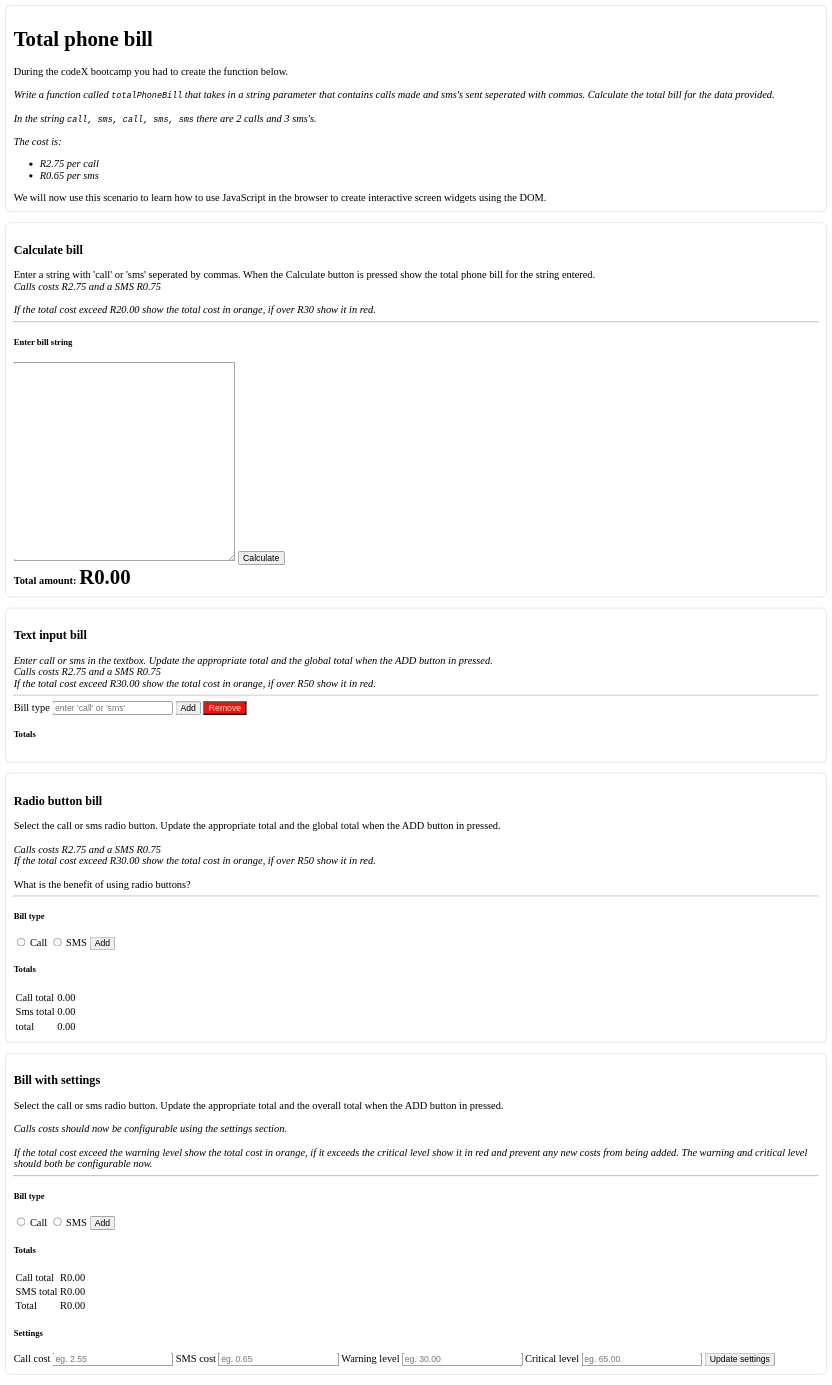
Repository: lasity34/Phone-bill
Page: index.html
The author's editor kept a copy of each file at every save. The page is drawn from the files as they stood at one save, then again after the next save.
The browser window is 1280 px wide. The pictures show the whole page, at 65% of full size.
Some web libraries are served in a nearby version.

Above is the page before, as saved 2023-05-06 15:43:47.
Not found: css/skeleton.css

After the next save:
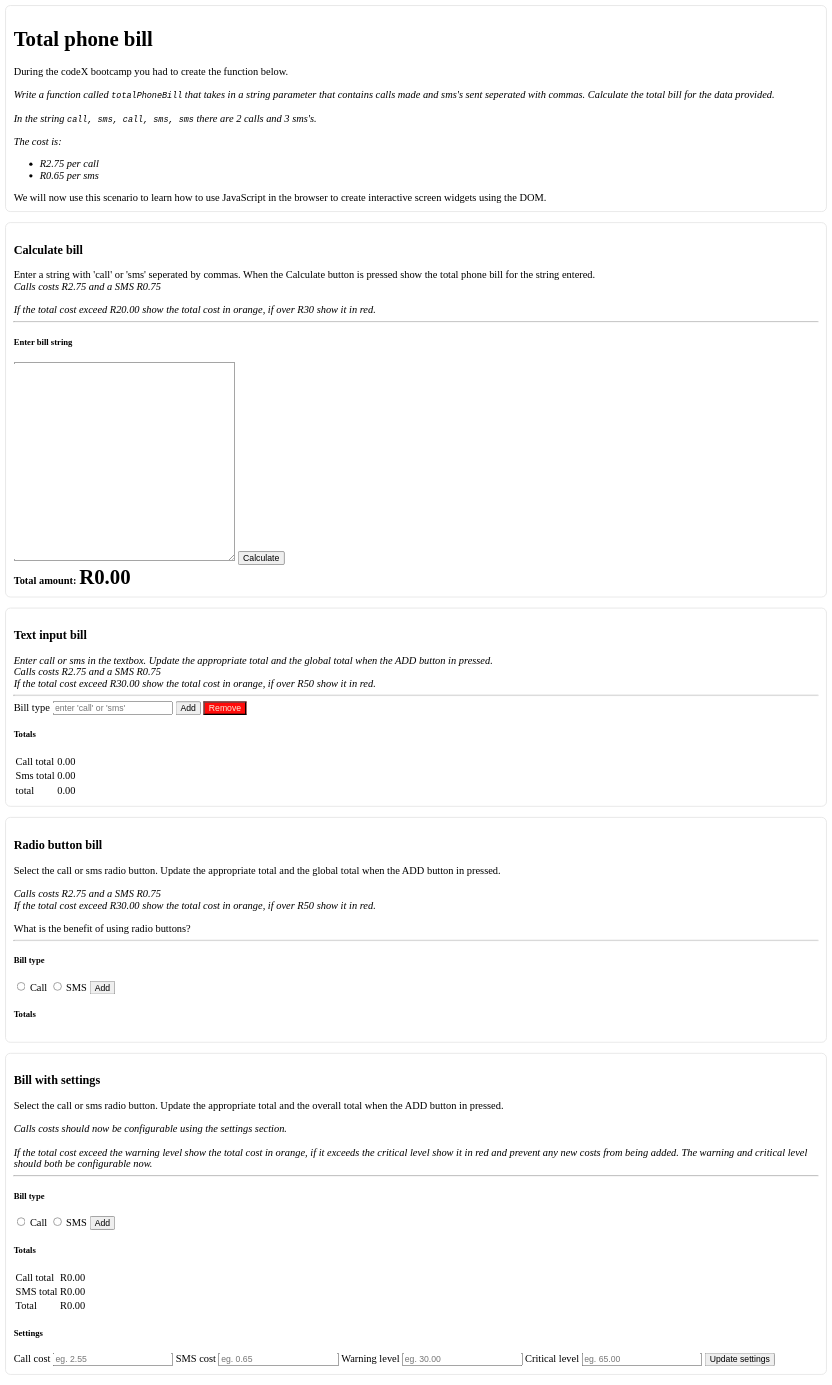
Saved 31 s later.
--- a/js/radio-bill.js
+++ b/js/radio-bill.js
@@ -52,9 +52,9 @@
 }
 
 function updateTemplate() {
-  const templateSource = document.querySelector("#radioTemplate").innerHTML;
+  const templateSource = document.querySelector("#billTemplate").innerHTML;
   const userTemplate = Handlebars.compile(templateSource);
-  const radioCostDataElem = document.querySelector(".radioTotals");
+  const radioCostDataElem = document.querySelector(".textTotals");
   const costData = {
     differentCosts: [
       { name: "Call", total: callTotalRadio.toFixed(2) },

After the save that followed:
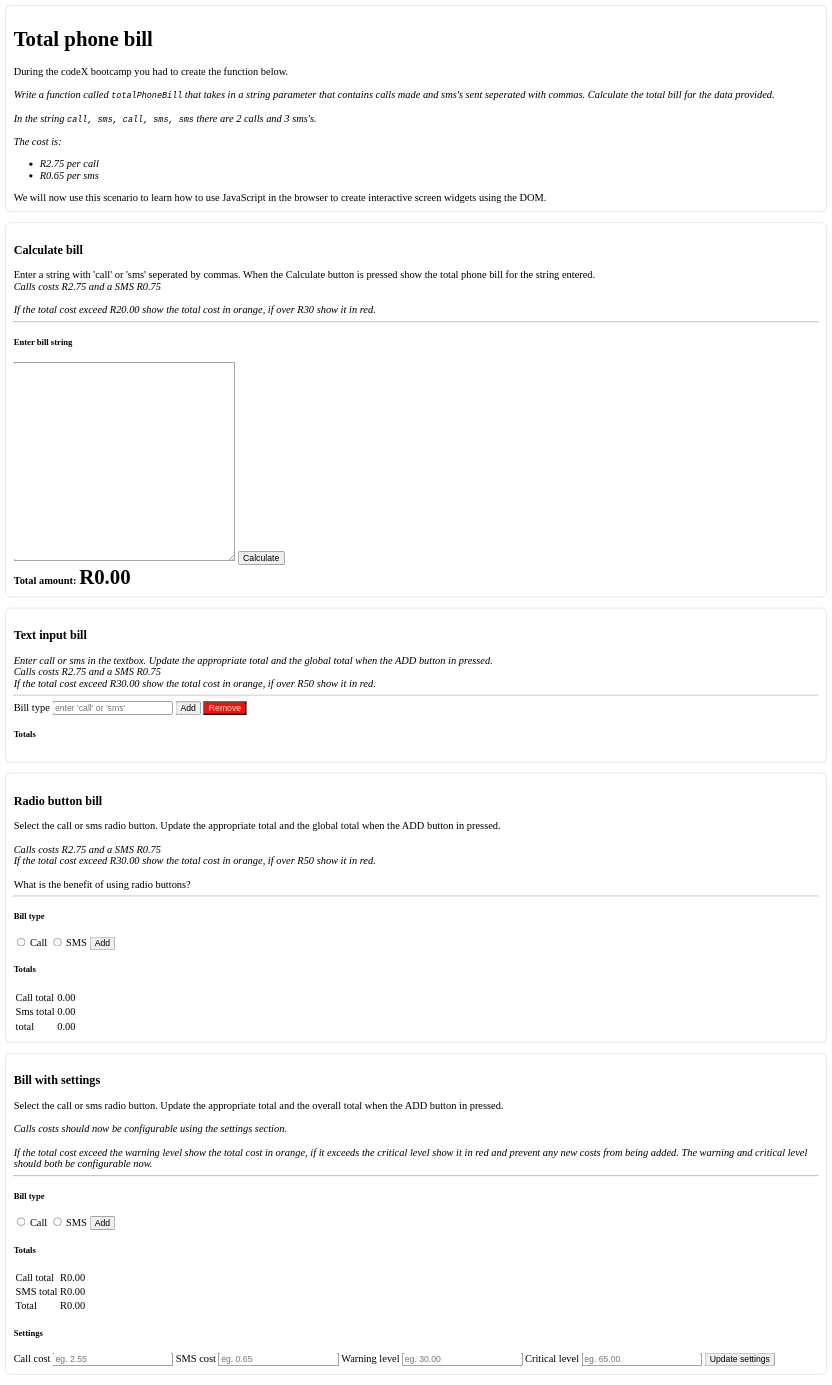
Saved 58 s later.
--- a/js/radio-bill.js
+++ b/js/radio-bill.js
@@ -52,9 +52,9 @@
 }
 
 function updateTemplate() {
-  const templateSource = document.querySelector("#billTemplate").innerHTML;
+  const templateSource = document.querySelector("#radioTemplate").innerHTML;
   const userTemplate = Handlebars.compile(templateSource);
-  const radioCostDataElem = document.querySelector(".textTotals");
+  const radioCostDataElem = document.querySelector(".radioTotals");
   const costData = {
     differentCosts: [
       { name: "Call", total: callTotalRadio.toFixed(2) },
@@ -70,7 +70,6 @@
   };
 
   const userDataHTML = userTemplate(costData);
-
   radioCostDataElem.innerHTML = userDataHTML;
 }
 
